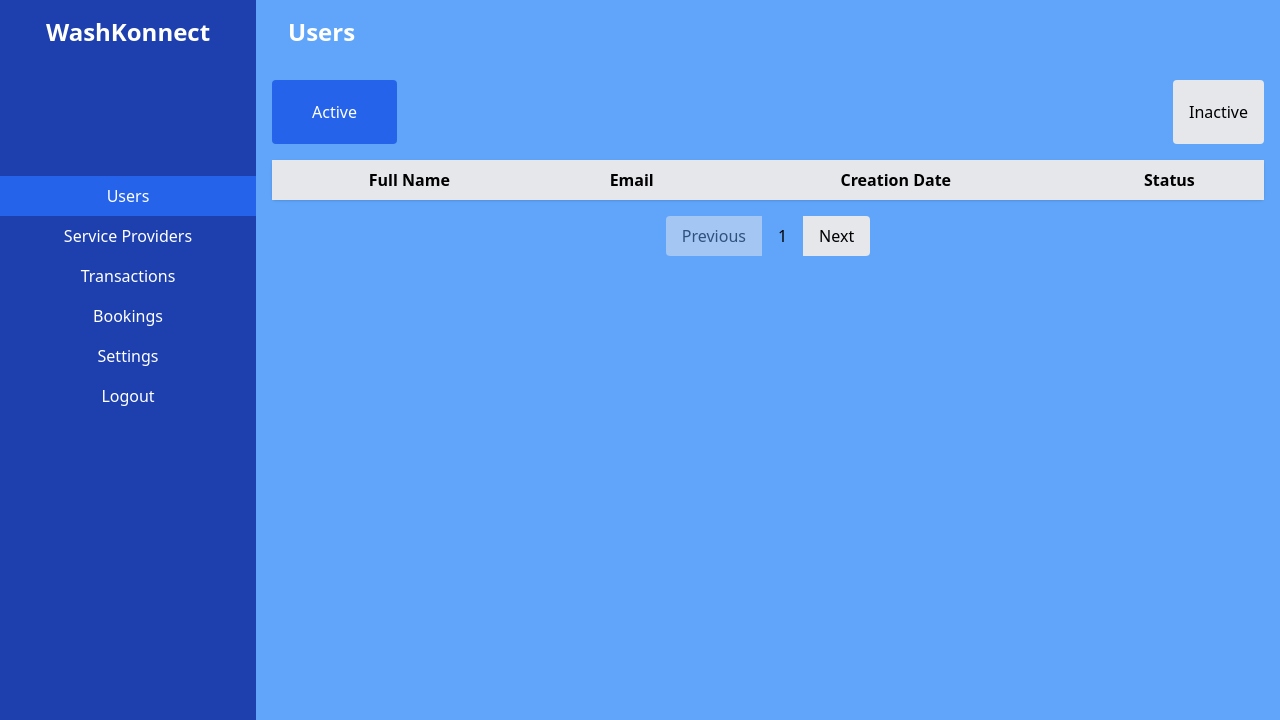
Repository: TEKVOLUTION-LTD/Admin-washKonnect
Page: /dashboard/users (app in Admin-WashKonnect/)
These files come from the project's save history. The page is drawn as it stood at one moment and after the next save; the edit follows.
The browser window is 1280 px wide. The pictures show the whole page.
The page's requests for data from a server got no answer. The project was rebuilt for these pictures with package versions that can differ from the ones it lists, and the page was loaded fresh each time. No one was signed in, and anything a server would have sent is missing. Also part of the build but not shown: Admin-WashKonnect/vite.config.js, Admin-WashKonnect/src/pages/LoginPage.jsx, Admin-WashKonnect/src/pages/ServiceProviderPage.jsx, Admin-WashKonnect/src/pages/TransactionsPage.jsx, Admin-WashKonnect/src/pages/BookingsPage.jsx, Admin-WashKonnect/src/pages/SettingsPage.jsx, Admin-WashKonnect/src/pages/LogoutPage.jsx.

Above is the page before, as saved 2024-11-20 09:02:17.

### Admin-WashKonnect/src/App.jsx
import { BrowserRouter as Router, Route, Routes } from "react-router-dom";
import LoginPage from "./pages/LoginPage";
import Dashboard from "./pages/Dashboard";

function App() {
  return (
    <Router>
      <Routes>
        <Route path="/" element={<LoginPage />} />
        <Route path="/dashboard/*" element={<Dashboard />} />
      </Routes>
    </Router>
  );
}

export default App;

### Admin-WashKonnect/src/pages/Dashboard.jsx
import { Route, Routes } from "react-router-dom";
import Sidebar from "../components/Sidebar";
import UserPage from "../components/UsersPage";
import ServiceProviderPage from "./ServiceProviderPage";
import TransactionPage from "./TransactionsPage";
import BookingsPage from "./BookingsPage";
import SettingsPage from "./SettingsPage";
import LogoutPage from "./LogoutPage";

const Dashboard = () => {
  return (
    <div className="flex h-screen">
      <Sidebar />
      <div className="flex-1 bg-blue-400 p-4 overflow-auto ">
        <Routes>
          <Route path="users" element={<UserPage  />} />
          <Route path="service-providers" element={<ServiceProviderPage />} />
          <Route path="transactions" element={<TransactionPage />} />
          <Route path="bookings" element={<BookingsPage />} />
          <Route path="settings" element={<SettingsPage />} />
          <Route path="logout" element={<LogoutPage />} />
        </Routes>
      </div>
    </div>
  );
};

export default Dashboard;

### Admin-WashKonnect/src/api/api.js
import axios from "axios";

const API = axios.create({
  baseURL: "http://localhost:5000/api", // Change this to match your backend URL
});

export default API;

### Admin-WashKonnect/src/components/Sidebar.jsx
import { NavLink } from "react-router-dom";

const Sidebar = () => {
  return (
    <div className="w-64 bg-blue-800 text-white h-full text-center justify-center flex flex-col">
      <div className="p-4 text-2xl font-bold">WashKonnect</div>
      <nav className="flex-1 mt-[7rem]">
        {[
          { name: "Users", path: "users" },
          { name: "Service Providers", path: "service-providers" },
          { name: "Transactions", path: "transactions" },
          { name: "Bookings", path: "bookings" },
          { name: "Settings", path: "settings" },
          { name: "Logout", path: "logout" },
        ].map((link) => (
          <NavLink
            key={link.name}
            to={`/dashboard/${link.path}`}
            className={({ isActive }) =>
              `block px-4 py-2 hover:bg-blue-700 ${
                isActive ? "bg-blue-600" : ""
              }`
            }
          >
            {link.name}
          </NavLink>
        ))}
      </nav>
    </div>
  );
};

export default Sidebar;

### Admin-WashKonnect/src/components/UsersPage.jsx
import { useState, useEffect } from "react";
import API from "../api/api";
import Pagination from "./Pagination";

const UserPage = () => {
  const [users, setUsers] = useState([]);
  const [filter, setFilter] = useState("active");
  const [currentPage, setCurrentPage] = useState(1);
  const usersPerPage = 10;

  useEffect(() => {
    const fetchUsers = async () => {
      try {
        const response = await API.get(`/users?status=${filter}`);
        setUsers(response.data);
      } catch (error) {
        console.error("Failed to fetch users", error);
      }
    };
    fetchUsers();
  }, [filter]);

  const startIndex = (currentPage - 1) * usersPerPage;
  const displayedUsers = users.slice(startIndex, startIndex + usersPerPage);

  return (
    <div>
        <h1 className="ml-4 text-white font-bold text-2xl">Users</h1>
      <div className="flex justify-between mb-4 mt-[2rem]">

        <button
          onClick={() => setFilter("active")}
          className={`px-10 py-5 rounded ${
            filter === "active" ? "bg-blue-600 text-white" : "bg-gray-200"
          }`}
        >
          Active
        </button>
        <button
          onClick={() => setFilter("inactive")}
          className={`px-4 py-2 rounded ${
            filter === "inactive" ? "bg-blue-600 text-white" : "bg-gray-200"
          }`}
        >
          Inactive
        </button>
      </div>
      <table className="w-full bg-white rounded shadow">
        <thead>
          <tr className="bg-gray-200">
            <th className="p-2">Full Name</th>
            <th className="p-2">Email</th>
            <th className="p-2">Creation Date</th>
            <th className="p-2">Status</th>
          </tr>
        </thead>
        <tbody>
          {displayedUsers.map((user) => (
            <tr key={user.id} className="text-center border-t">
              <td className="p-2">{user.fullname}</td>
              <td className="p-2">{user.email}</td>
              <td className="p-2">{user.creationDate}</td>
              <td className="p-2">{user.status}</td>
            </tr>
          ))}
        </tbody>
      </table>
      <Pagination
        totalItems={users.length}
        itemsPerPage={usersPerPage}
        currentPage={currentPage}
        onPageChange={(page) => setCurrentPage(page)}
      />
    </div>
  );
};

export default UserPage;

### Admin-WashKonnect/src/components/Pagination.jsx
const Pagination = ({ totalItems, itemsPerPage, currentPage, onPageChange }) => {
    const totalPages = Math.ceil(totalItems / itemsPerPage);

    return (
      <div className="flex justify-center mt-4">
        <button
          onClick={() => onPageChange(currentPage - 1)}
          disabled={currentPage === 1}
          className="px-4 py-2 bg-gray-200 rounded-l disabled:opacity-50"
        >
          Previous
        </button>
        <span className="px-4 py-2">{currentPage}</span>
        <button
          onClick={() => onPageChange(currentPage + 1)}
          disabled={currentPage === totalPages}
          className="px-4 py-2 bg-gray-200 rounded-r disabled:opacity-50"
        >
          Next
        </button>
      </div>
    );
  };

  export default Pagination;

Loaded but not shown: Admin-WashKonnect/index.html (common file); Admin-WashKonnect/src/main.jsx (common file); Admin-WashKonnect/src/index.css (common file); Admin-WashKonnect/tailwind.config.js (common file)

After the next save:
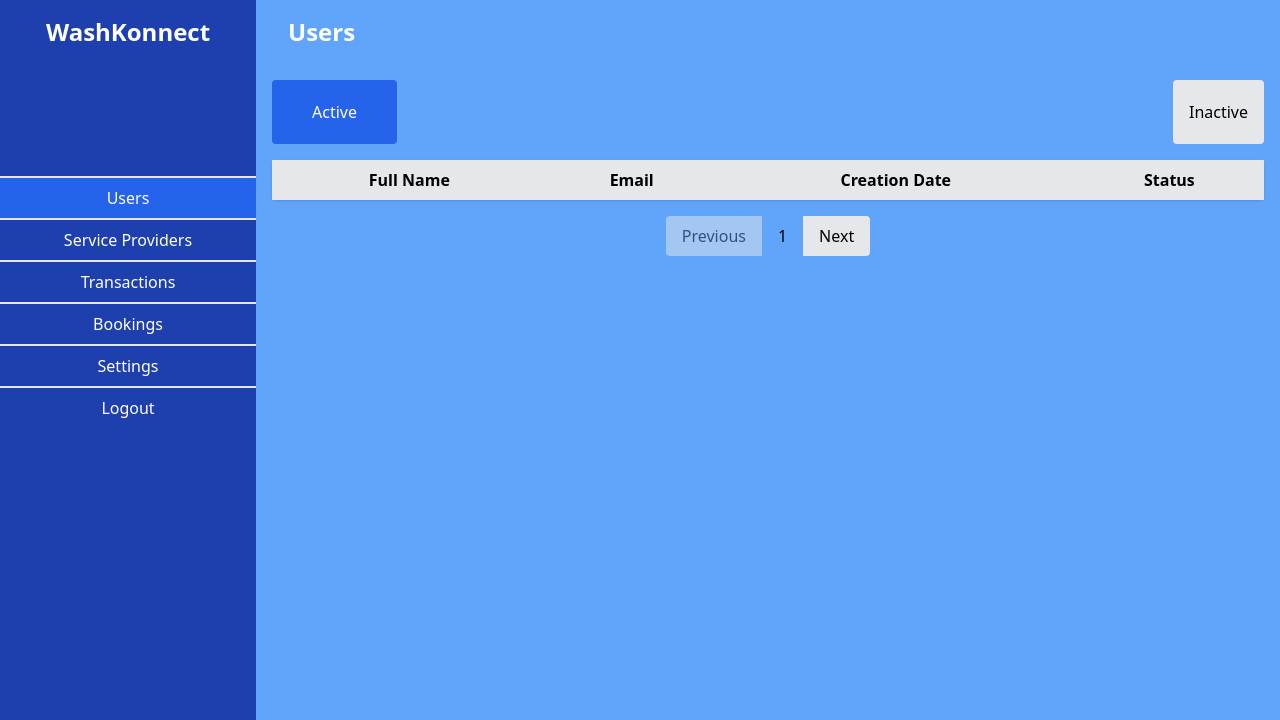
Saved 2 min 49 s later.
--- a/Admin-WashKonnect/src/components/Sidebar.jsx
+++ b/Admin-WashKonnect/src/components/Sidebar.jsx
@@ -17,7 +17,7 @@
             key={link.name}
             to={`/dashboard/${link.path}`}
             className={({ isActive }) =>
-              `block px-4 py-2 hover:bg-blue-700 ${
+              `block px-4 py-2 hover:bg-blue-700  border-t-2 ${
                 isActive ? "bg-blue-600" : ""
               }`
             }

After the save that followed:
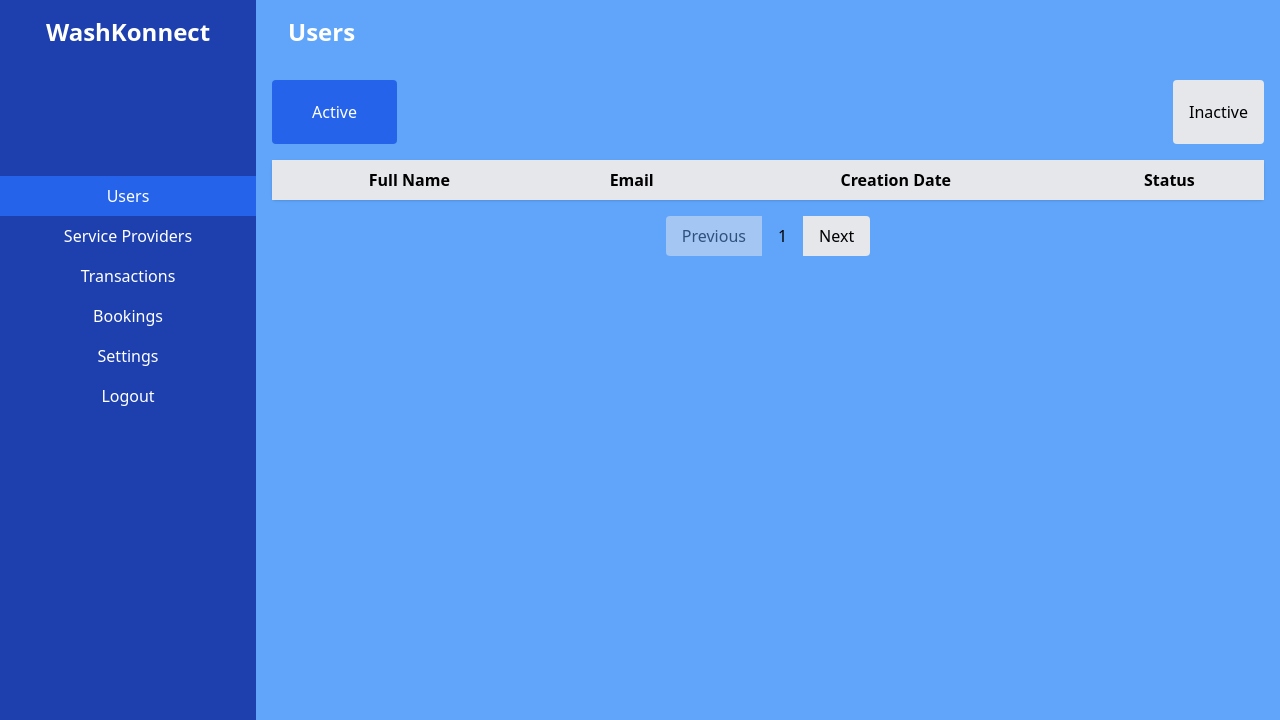
Saved 45 s later.
--- a/Admin-WashKonnect/src/components/Sidebar.jsx
+++ b/Admin-WashKonnect/src/components/Sidebar.jsx
@@ -17,7 +17,7 @@
             key={link.name}
             to={`/dashboard/${link.path}`}
             className={({ isActive }) =>
-              `block px-4 py-2 hover:bg-blue-700  border-t-2 ${
+              `block px-4 py-2 hover:bg-blue-700  border-y-1 ${
                 isActive ? "bg-blue-600" : ""
               }`
             }
